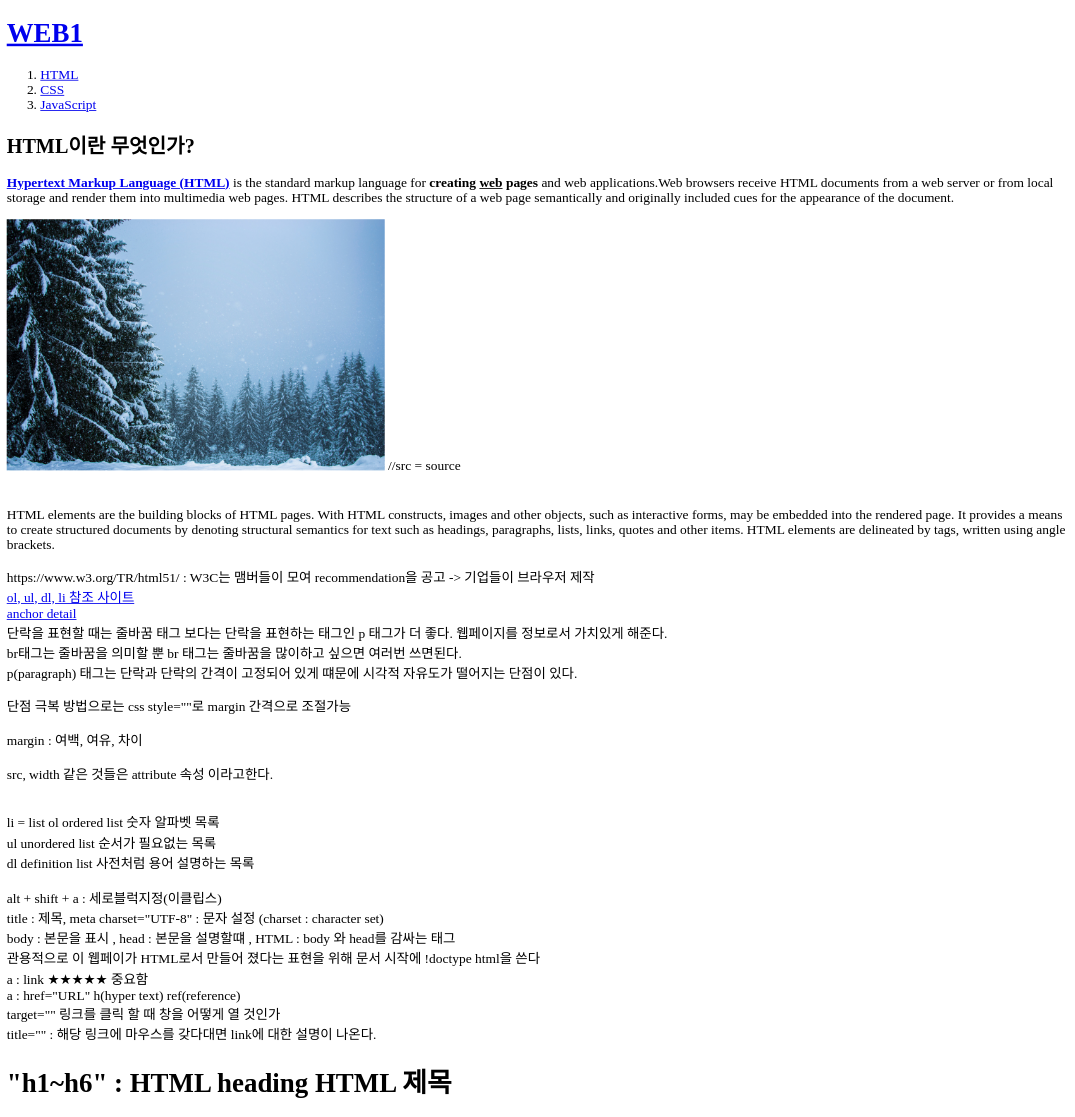
Repository: winterer4/Web-1
Page: HTML5/1.html
The author's editor kept a copy of each file at every save. The page is drawn from the files as they stood at one save, then again after the next save.
The browser window is 1280 px wide. The pictures show the whole page, at 84% of full size.

Above is the page before, as saved 2018-10-29 07:39:45.

### HTML5/1.html
<!DOCTYPE html>
<html>
<head>
<meta charset="UTF-8">
<title>WEB 1  - HTML</title>
</head>
<body>
 <h1><a href="index.html">WEB1</a></h1>
<ol>
	<li><a href="1.html">HTML      </a></li>
	<li><a href="2.html">CSS       </a></li>
	<li><a href="3.html">JavaScript</a></li>
</ol>

	<h2>HTML이란 무엇인가?</h2>
	<p>
		<strong><a : href="https://www.w3.org/TR/html51/" target="_blank" title="html5 specificaiton">Hypertext Markup Language (HTML)</a></strong> is the standard markup language for <strong>creating
			<u>web</u> pages
		</strong> and web applications.Web browsers receive HTML documents from a web
		server or from local storage and render them into multimedia web
		pages. HTML describes the structure of a web page semantically and
		originally included cues for the appearance of the document.
	</p>
	<img src ="one.jpg" width="450">
	//src = source
	<p style="margin-top: 40px;">HTML elements are the building blocks
		of HTML pages. With HTML constructs, images and other objects, such as
		interactive forms, may be embedded into the rendered page. It provides
		a means to create structured documents by denoting structural
		semantics for text such as headings, paragraphs, lists, links, quotes
		and other items. HTML elements are delineated by tags, written using
		angle brackets.</p>



https://www.w3.org/TR/html51/ : W3C는 맴버들이 모여 recommendation을 공고 -> 기업들이 브라우저 제작


 <br>  <a : href="http://aboooks.tistory.com/87", target="_blank", title="설명">ol, ul, dl, li 참조 사이트</a>
 <br>  <a : href="http://aboooks.tistory.com/87", target="_blank", title="링크에 대한 설명">anchor detail</a>
 <br>
	단락을 표현할 때는 줄바꿈 태그 보다는 단락을 표현하는 태그인 p 태그가 더 좋다. 웹페이지를 정보로서 가치있게 해준다.
	<br> br태그는 줄바꿈을 의미할 뿐 br 태그는 줄바꿈을 많이하고 싶으면 여러번 쓰면된다.
	<br> p(paragraph) 태그는 단락과 단락의 간격이 고정되어 있게 떄문에 시각적 자유도가 떨어지는 단점이 있다.
	<p> 단점 극복 방법으로는 css style=""로 margin 간격으로 조절가능</p>
	 margin : 여백, 여유, 차이
	 <p> src, width 같은 것들은 attribute 속성 이라고한다.</p>
	 <br>li = list
	 ol ordered list 숫자 알파벳 목록<br>
	 ul unordered list 순서가 필요없는 목록<br>
	 dl definition list 사전처럼 용어 설명하는 목록<br>
	  <br>alt + shift + a : 세로블럭지정(이클립스)
	  <br> title : 제목, meta charset="UTF-8" : 문자 설정 (charset : character set)
	  <br> body  : 본문을 표시 , head : 본문을 설명할떄 , HTML : body 와 head를 감싸는 태그
	  <br> 관용적으로 이 웹페이가 HTML로서 만들어 졌다는 표현을 위해 문서 시작에 !doctype html을 쓴다
	  <br> a : link ★★★★★   중요함
	  <br> a : href="URL" h(hyper text) ref(reference) <br> target="" 링크를 클릭 할 때 창을 어떻게 열 것인가 <br>
	  title="" : 해당 링크에 마우스를 갖다대면 link에 대한 설명이 나온다.

</body>

<h1>"h1~h6" : HTML heading HTML 제목</h1>




</html>

After the next save:
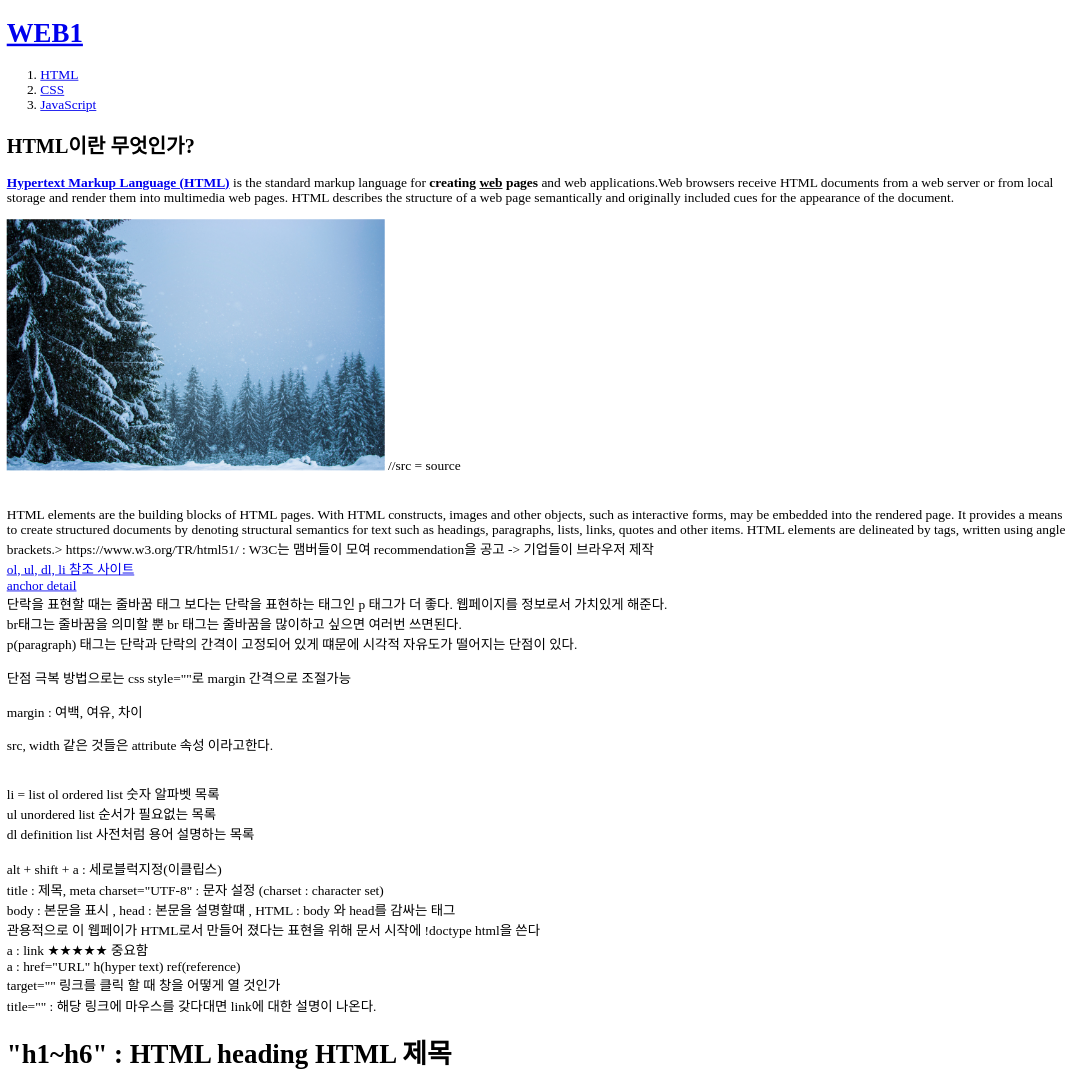
Saved 43 s later.
--- a/HTML5/1.html
+++ b/HTML5/1.html
@@ -29,7 +29,7 @@
 		a means to create structured documents by denoting structural
 		semantics for text such as headings, paragraphs, lists, links, quotes
 		and other items. HTML elements are delineated by tags, written using
-		angle brackets.</p>
+		angle brackets.>
 
 
 

After the save that followed:
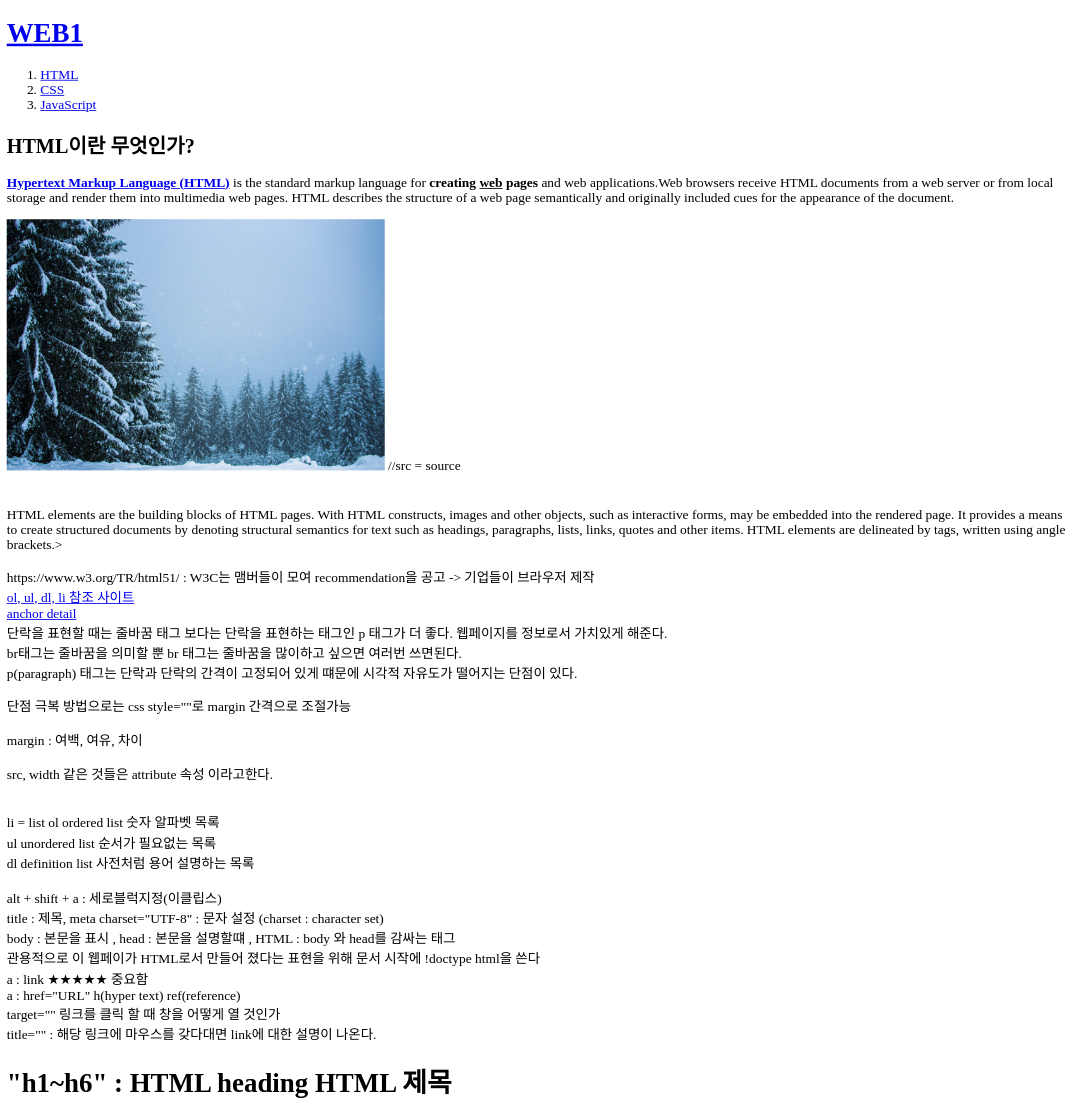
Saved 27 s later.
--- a/HTML5/1.html
+++ b/HTML5/1.html
@@ -29,7 +29,7 @@
 		a means to create structured documents by denoting structural
 		semantics for text such as headings, paragraphs, lists, links, quotes
 		and other items. HTML elements are delineated by tags, written using
-		angle brackets.>
+		angle brackets.></p>
 
 
 
